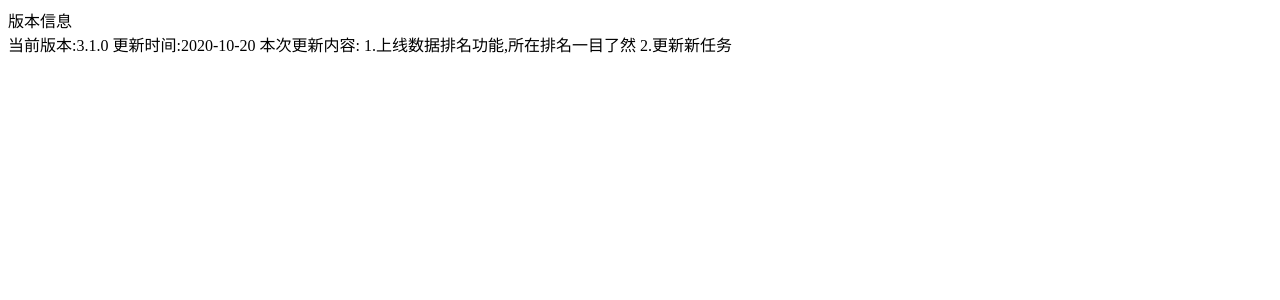
Repository: zhougz9527/yeweihui-v5
Page: yeweihui-admin/src/main/resources/templates/modules/version/version.html
These files come from the project's save history. The page is drawn as it stood at one moment and after the next save; the edit follows.
The browser window is 1280 px wide. The pictures show the whole page.

Above is the page before, as saved 2020-10-19 10:21:30.

### yeweihui-admin/src/main/resources/templates/modules/version/version.html
<!DOCTYPE html>
<html>
<head>
    <title>版本信息</title>

    <style>
    </style>

</head>
<body>
<div>
    <div>
        <div>
            版本信息
        </div>
        <div>
            <div>
                当前版本:3.1.0
                更新时间:2020-10-20

                本次更新内容:
                1.上线数据排名功能,所在排名一目了然
                2.更新新任务
            </div>
        </div>
    </div>
</div>

</body>
</html>

After the next save:
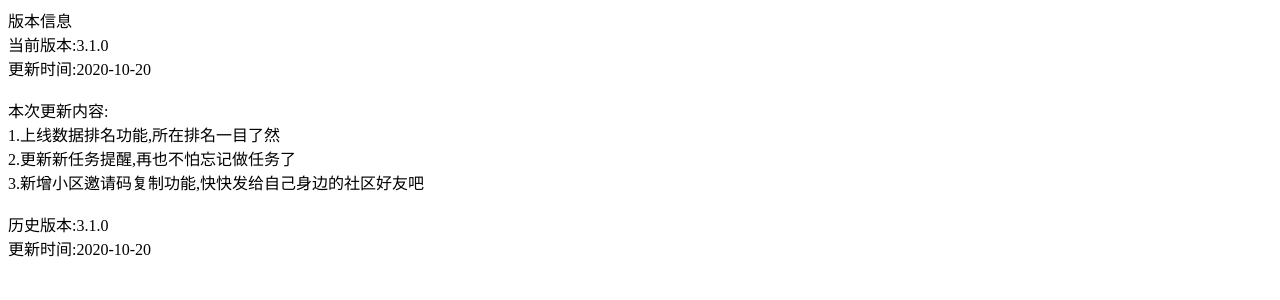
Saved 3 min 6 s later.
--- a/yeweihui-admin/src/main/resources/templates/modules/version/version.html
+++ b/yeweihui-admin/src/main/resources/templates/modules/version/version.html
@@ -15,12 +15,16 @@
         </div>
         <div>
             <div>
-                当前版本:3.1.0
+                当前版本:3.1.0<br/>
+                更新时间:2020-10-20<br/>
+                <br/>
+                本次更新内容: <br/>
+                1.上线数据排名功能,所在排名一目了然<br/>
+                2.更新新任务提醒,再也不怕忘记做任务了<br/>
+                3.新增小区邀请码复制功能,快快发给自己身边的社区好友吧<br/>
+                <br/>
+                历史版本:3.1.0<br/>
                 更新时间:2020-10-20
-
-                本次更新内容:
-                1.上线数据排名功能,所在排名一目了然
-                2.更新新任务
             </div>
         </div>
     </div>
